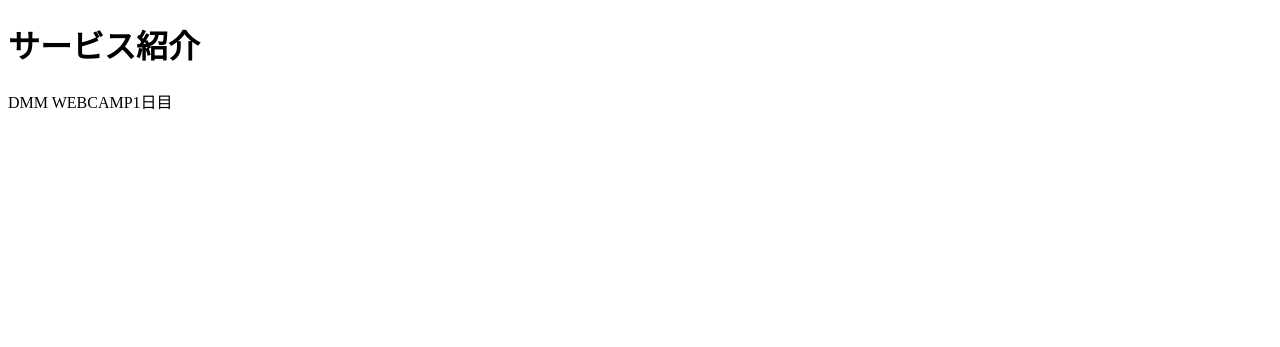
Repository: 825814/caravan2
Page: sample/sample.html
The author's editor kept a record of every edit. The page is drawn from the files as they stood at one moment, then again after the next edit.
The browser window is 1280 px wide. The pictures show the whole page.

Above is the page before.

After the next edit:
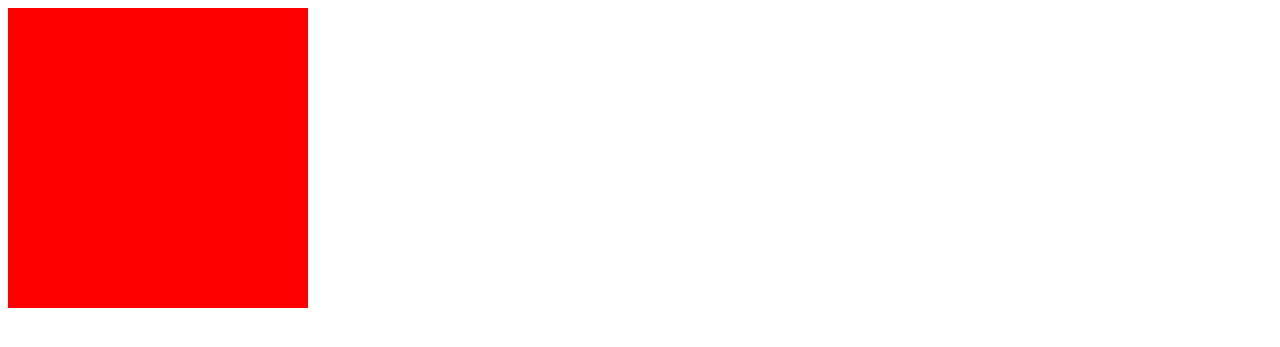
The edit:
--- a/sample/sample.html
+++ b/sample/sample.html
@@ -7,7 +7,7 @@
   </head>
 
   <body>
-   <h1>サービス紹介</h1>
-   DMM WEBCAMP1日目
+   <div class="box1"></div>
+
   </body>
 </html>
